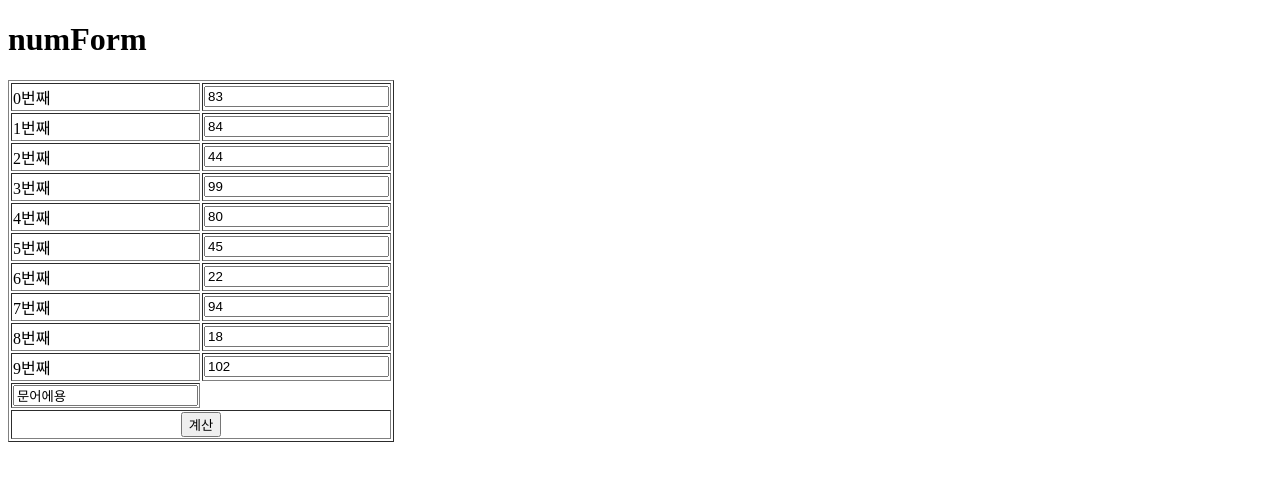
Repository: hjh5217/newJSP
Page: http://localhost/jspProj/request/numForm.jsp
These files come from the project's save history. The page is drawn as it stood at one moment and after the next save; the edit follows.
The browser window is 1280 px wide. The pictures show the whole page.
The page is served by Tomcat 9.

Above is the page before, as saved 2023-07-27 07:10:26.

After the next save:
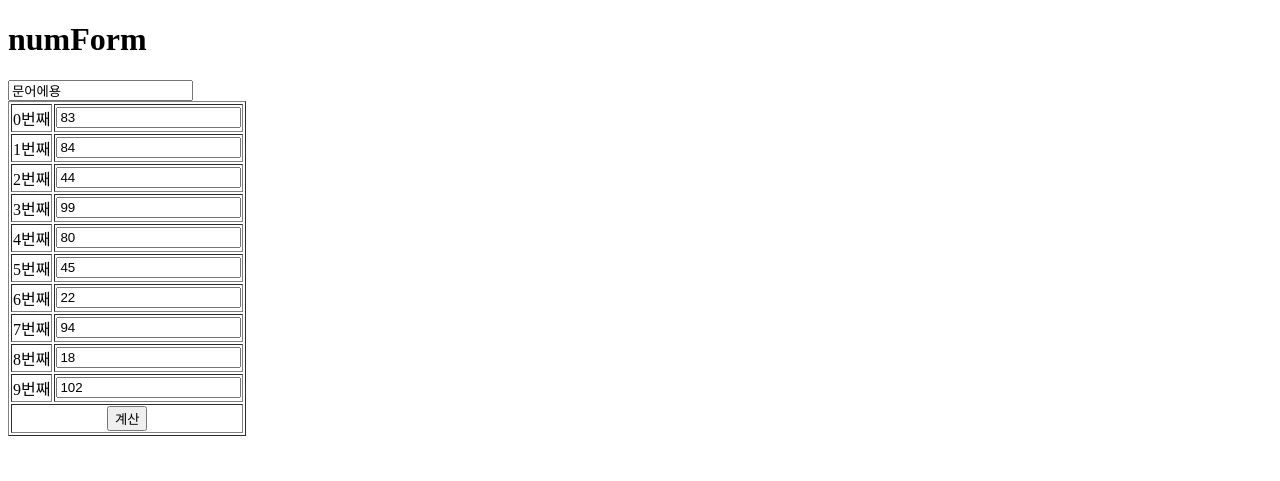
Saved 14 s later.
--- a/jspProj/src/main/webapp/request/numForm.jsp
+++ b/jspProj/src/main/webapp/request/numForm.jsp
@@ -16,7 +16,7 @@
 				<td><input type="text" name="no" value="<%=(int)(Math.random()*100)+10 %>"/></td>
 			</tr>
 			<%} %>
-			<td><input type="text" name="no" value="문어에용"/></td>
+			<input type="text" name="no" value="문어에용"/>
 			<tr>
 				<td colspan="2" align="center">
 					<input type="submit" value="계산"/>

After the save that followed:
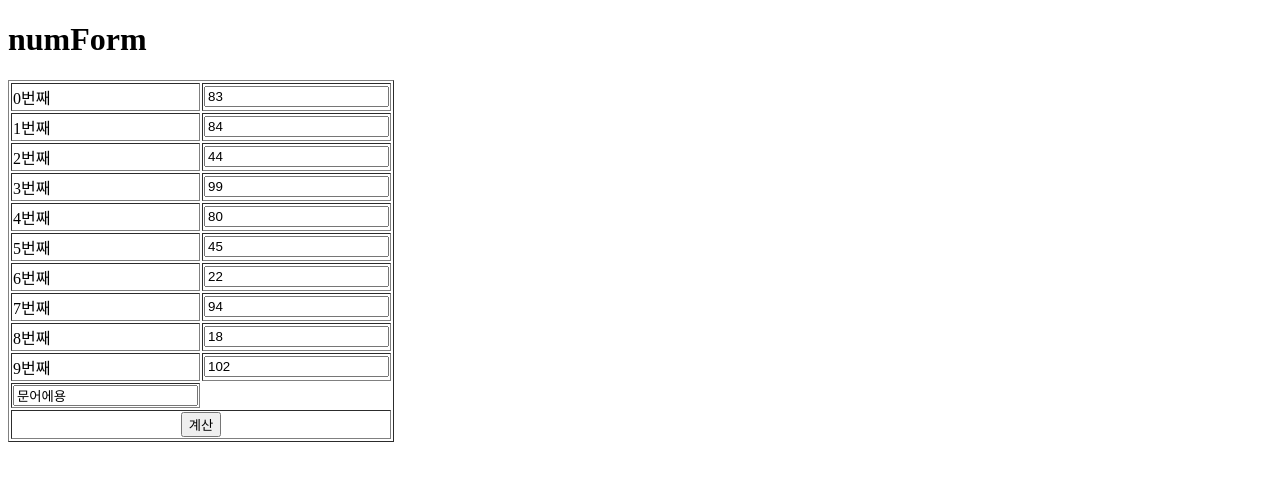
Saved 12 s later.
--- a/jspProj/src/main/webapp/request/numForm.jsp
+++ b/jspProj/src/main/webapp/request/numForm.jsp
@@ -16,7 +16,9 @@
 				<td><input type="text" name="no" value="<%=(int)(Math.random()*100)+10 %>"/></td>
 			</tr>
 			<%} %>
-			<input type="text" name="no" value="문어에용"/>
+			<tr>
+				<td><input type="text" name="no" value="문어에용"/></td>
+			</tr>
 			<tr>
 				<td colspan="2" align="center">
 					<input type="submit" value="계산"/>
